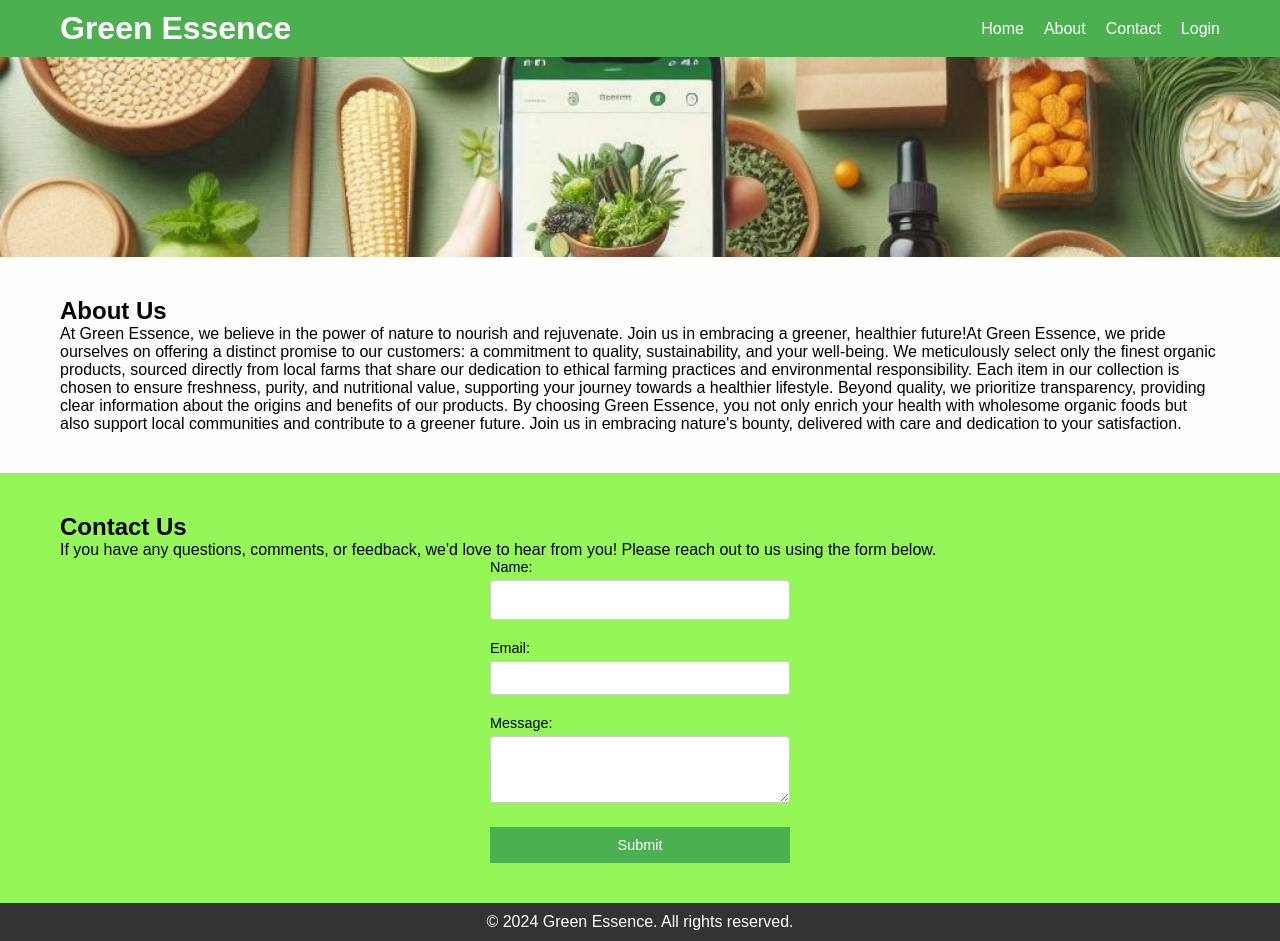
Repository: niki3210/Sahyadri
Page: Projectorganic/index.html
The author's editor kept a copy of each file at every save. The page is drawn from the files as they stood at one save, then again after the next save.
The browser window is 1280 px wide. The pictures show the whole page.
Backgrounds fixed to the window are drawn as part of the page.

Above is the page before, as saved 2024-06-21 17:33:04.

### Projectorganic/index.html
<!DOCTYPE html>
<html lang="en">
<head>
    <meta charset="UTF-8">
    <meta name="viewport" content="width=device-width, initial-scale=1.0">
    <title>Green Essence - Organic Food Products</title>
    <link rel="stylesheet" href="styles.css">

</head>
<body>
    <header>
        <div class="container">
            <h1>Green Essence</h1>
            <nav>
                <ul>
                    <li><a href="#home">Home</a></li>
                    <li><a href="#about">About</a></li>
                    <li><a href="#contact">Contact</a></li>
                    <li><a href="login.html">Login</a></li>

                </ul>
            </nav>
        </div>
    </header>

    <section id="home">
        <div class="container">




        </div>
    </section>

    <section id="about">
        <div class="container">
            <h2>About Us</h2>
            <p>At Green Essence, we believe in the power of nature to nourish and rejuvenate. Join us in embracing a greener, healthier
                future!At Green Essence, we pride ourselves on offering a distinct promise to our customers: a commitment to quality,
                sustainability, and your well-being. We meticulously select only the finest organic products, sourced directly from
                local farms that share our dedication to ethical farming practices and environmental responsibility. Each item in
                our collection is chosen to ensure freshness, purity, and nutritional value, supporting your journey towards a
                healthier lifestyle. Beyond quality, we prioritize transparency, providing clear information about the origins and
                benefits of our products. By choosing Green Essence, you not only enrich your health with wholesome organic foods
                but also support local communities and contribute to a greener future. Join us in embracing nature's bounty,
                delivered with care and dedication to your satisfaction.</p>
        </div>
    </section>

    <section id="contact">
        <div class="container">
            <h2>Contact Us</h2>
            <p>If you have any questions, comments, or feedback, we'd love to hear from you! Please reach out to us using the form below.</p>
            <div class="contact-form">
                <form action="/submit_contact" method="POST">
                    <label for="name">Name:</label>
                    <input type="text" id="name" name="name" required>
                    <div class="error" id="name-error"></div>

                    <label for="email">Email:</label>
                    <input type="email" id="contact-email" name="email" required>
                    <div class="error" id="contact-email-error"></div>

                    <label for="message">Message:</label>
                    <textarea id="message" name="message" rows="3" required></textarea>
                    <div class="error" id="message-error"></div>

                    <button type="submit">Submit</button>
                </form>
            </div>
        </div>
    </section>




<footer>
<div class="container">
    <p>&copy; 2024 Green Essence. All rights reserved.</p>
</div>


</body>
</html>

### Projectorganic/styles.css
/* Combined CSS for Home, Login, and Register Pages */

/* Reset default browser styles */
* {
    box-sizing: border-box;
    margin: 0;
    padding: 0;
}

/* Global styles */
body {
    font-family: Arial, sans-serif;
    color: black;
    margin: 0;
    padding: 0;
    box-sizing: border-box;
    min-height: 100vh; /* Ensure body extends to at least the full height of the viewport */
    display: flex;
    flex-direction: column; /* Use flexbox to make sure footer stays at the bottom */
}

/* Header styles */
header {
    background-color: #4CAF50;
    color: white;
    padding: 10px 0;
}

header .container {
    display: flex;
    justify-content: space-between;
    align-items: center;
    max-width: 1200px;
    margin: 0 auto;
    padding: 0 20px;
}

header h1 {
    margin: 0;
}

header nav ul {
    list-style: none;
    margin: 0;
    padding: 0;
    display: flex;
}

header nav ul li {
    margin-left: 20px;
}

header nav ul li a {
    color: white;
    text-decoration: none;
}

header nav ul li a:hover {
    text-decoration: underline;
}

/* Home Page Styles */
#home {
    background-image: url('backgroundhome.jpeg');
    background-size: cover;
    background-repeat: no-repeat;
    background-position: center;
    background-attachment: fixed;
    color: white;
    text-align: center;
    padding: 100px 20px;
}

section {
    padding: 60px 0;
}

.container {
    max-width: 1200px;
    margin: 0 auto;
    padding: 0 20px;
}

/* About Section */
#about {
    background-color: #fffefe;
    padding: 40px 0;
}

/* Contact Form Styles */
#contact {
    background-color: #94f657;
    padding: 40px 0;
}

form {
    max-width: 300px;
    margin: 0 auto;
}

label {
    display: block;
    margin-bottom: 5px;
}

input[type="text"],
input[type="email"],
textarea {
    width: 100%;
    padding: 10px;
    margin-bottom: 10px;
    border: 1px solid #ccc;
    border-radius: 4px;
    font-size: 1em;
}

button[type="submit"] {
    background-color: #4CAF50;
    color: white;
    border: none;
    padding: 10px 20px;
    cursor: pointer;

}

button[type="submit"]:hover {
    background-color: #45a049;
}

/* Login/Register Styles */
.login-container,
.register-container {
    max-width: 320px;
    margin: 0 auto;
    padding: 15px;
    background-color: rgb(255, 255, 255);
    border-radius: 3px;
    box-shadow: 0 0 10px rgba(0, 0, 0, 0.1);
    flex: 1; /* Use flex: 1 to push footer to the bottom */
    margin-top: 30px;
    margin-bottom: 60px;
    padding: 20px;
}

body {
    font-family: Arial, sans-serif;
    background-image: url('backgroundhome.jpeg');
    background-size: cover;
    color: black;
}

.login-form, .register-form {
    padding: 15px;
    margin-bottom: 30px;
}

.login-form h2, .register-form h2 {
    text-align: center;
    margin-bottom: 15px;
    font-size: 1.5em;
}

label {
    display: block;
    margin-bottom: 5px;
    font-size: 0.9em;
}

input[type="email"],
input[type="password"] {
    width: 100%;
    padding: 8px;
    margin-bottom: 10px;
    border: 1px solid #ccc;
    border-radius: 4px;
    font-size: 0.9em;
}

.error {
    color: red;
    font-size: 0.8em;
    margin-bottom: 10px;
}

button {
    background-color: #4CAF50;
    color: white;
    border: none;
    padding: 8px 15px;
    cursor: pointer;
    transition: background-color 0.3s ease;
    width: 100%;
    font-size: 0.9em;
}

button:hover {
    background-color: #45a049;
}

/* Footer Styles */
footer {
    background-color: #333;
    color: white;
    text-align: center;
    padding: 10px 0;
    width: 100%;

}

footer a {
    color: white;
    margin: 0 10px;
    text-decoration: none;
}

footer a:hover {
    text-decoration: underline;
}

/* Pop-up Styles */
.popup {
    display: none;
    position: fixed;
    top: 20px; /* Position the pop-up near the top of the page */
    left: 50%;
    transform: translateX(-50%);
    background-color: white;
    box-shadow: 0 0 10px rgba(0, 0, 0, 0.1);
    border-radius: 8px;
    z-index: 1000;
    width: 90%; /* Make it full width with some margin */
    max-width: 320px;
    padding: 10px 20px;
}

.popup-content {
    text-align: center;
}

.popup .close {
    position: absolute;
    top: 10px;
    right: 10px;
    cursor: pointer;
    font-size: 1.5em;
}

/* Dashboard Styles */
/* Dashboard Styles */
.dashboard-main {
    flex: 1;
    padding: 20px;
}

.dashboard-section {
    background-color: #ffffff;
    padding: 20px;
    margin-bottom: 20px;
    box-shadow: 0 0 10px rgba(0, 0, 0, 0.1);
    border-radius: 8px;
    transition: transform 0.3s ease, box-shadow 0.3s ease;
}

.dashboard-section:hover {
    transform: translateY(-5px); /* Lift section on hover */
    box-shadow: 0 5px 15px rgba(0, 0, 0, 0.2); /* Add a subtle lift effect */
}

.dashboard-section h2 {
    margin-bottom: 10px;
    color: #4CAF50;
}

.sales-table {
    overflow-x: auto;
    animation: slideIn 0.5s ease; /* Slide in animation for the table */
}

.sales-table table {
    width: 100%;
    border-collapse: collapse;
}

.sales-table th, .sales-table td {
    border: 1px solid #6dfb07;
    padding: 12px; /* Increase padding for better readability */
    text-align: left;
}

.sales-table th {
    background-color: #d1f3d0d0;
    color: #4CAF50; /* Green theme color for table headers */
    text-transform: uppercase;
}

.sales-table tr:nth-child(even) {
    background-color: #f9f9f9;
}

.sales-table tr:hover {
    background-color: #f2f2f2;
}

After the next save:
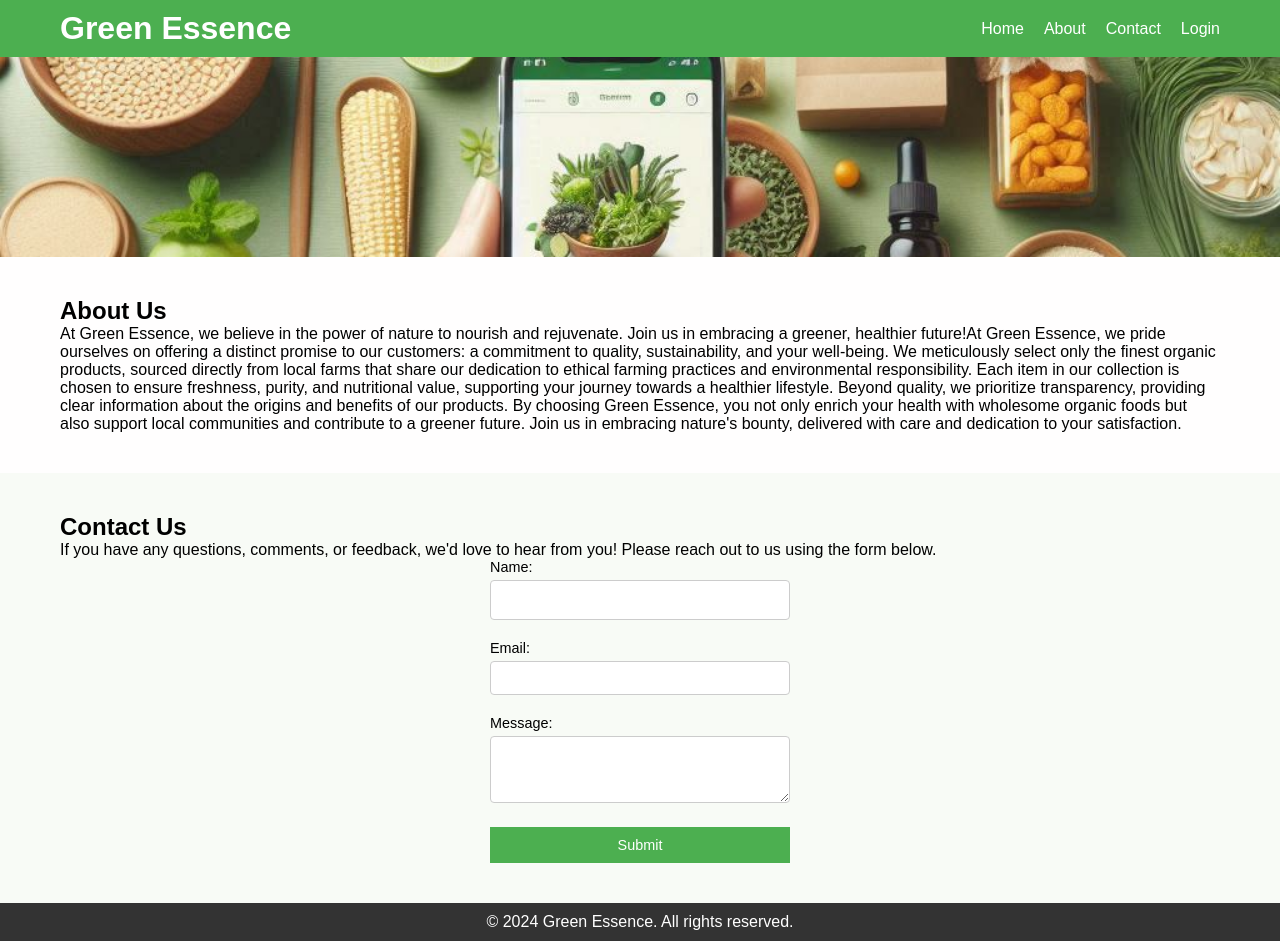
Saved 8 s later.
--- a/Projectorganic/styles.css
+++ b/Projectorganic/styles.css
@@ -89,7 +89,7 @@ section {
 
 /* Contact Form Styles */
 #contact {
-    background-color: #94f657;
+    background-color: #f8fbf6;
     padding: 40px 0;
 }
 
